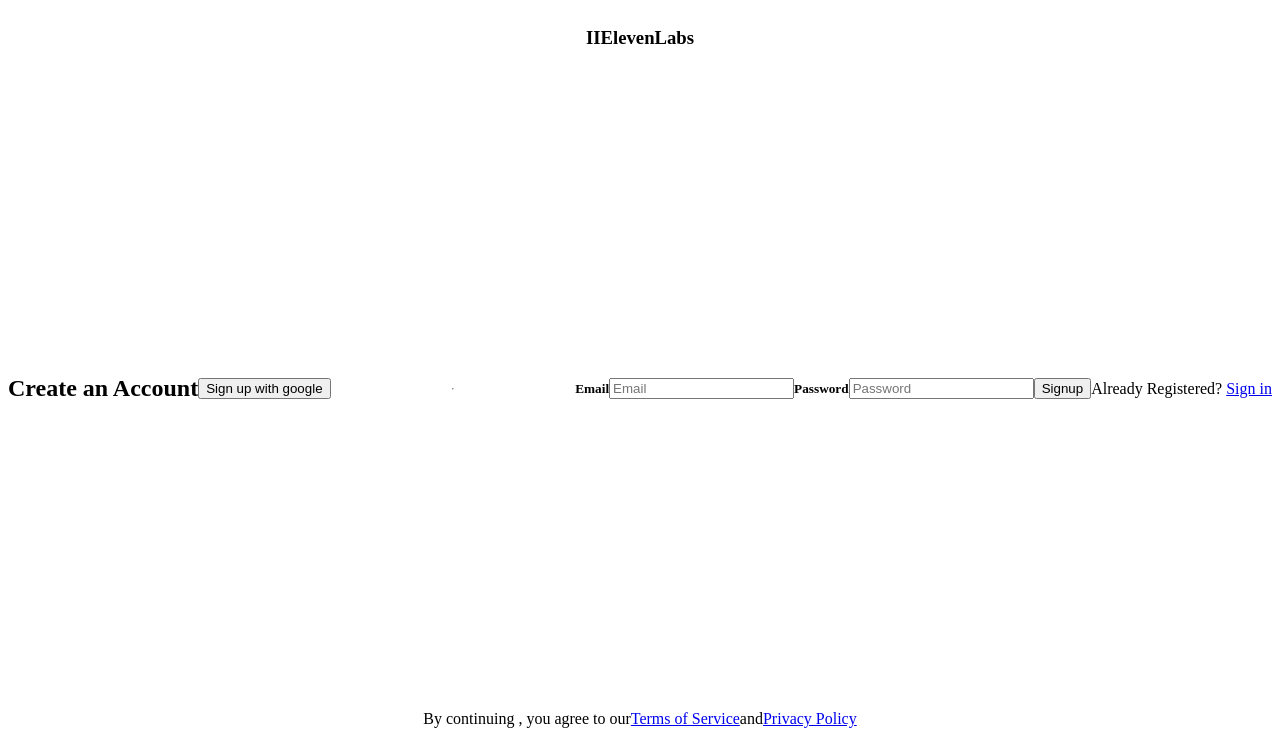
Repository: RohanSai22/harkirat-cohort-learnings
Page: Web/w1_a.html
An editor plug-in stored every save of this project. The page is shown before and after the next save, followed by the edit.
The browser window is 1280 px wide. The pictures show the whole page.

Above is the page before, as saved 2026-03-24 10:11:42.

After the next save:
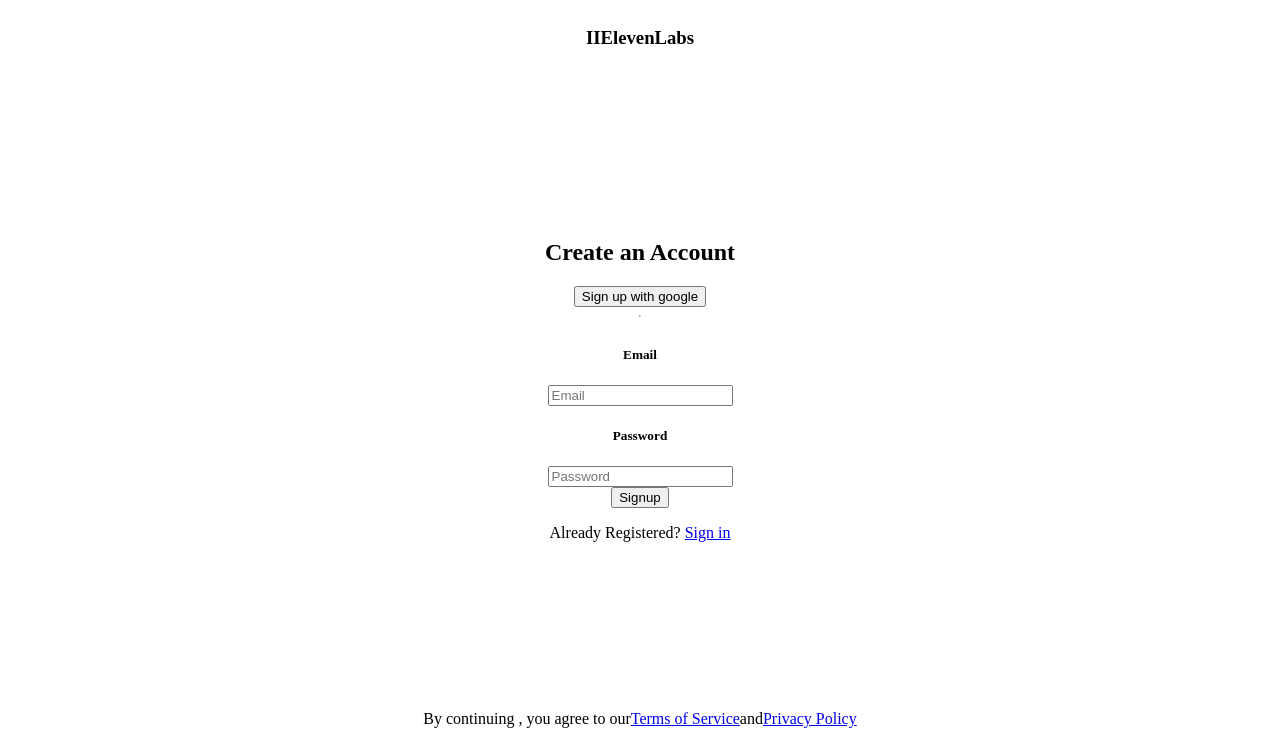
Saved 16 s later.
--- a/Web/w1_a.html
+++ b/Web/w1_a.html
@@ -7,7 +7,7 @@
             <div style="display:flex; justify-content: center;">
                 <h3>IIElevenLabs</h3>
             </div>
-            <div style="display: flex; justify-content: center; align-items: center; ">
+            <div style="display: flex; justify-content: center; align-items: center; flex-direction: column; ">
                 <h2>Create an Account</h2>
                 <button onclick="window.location.href='https://www.gmail.com'">Sign up with google</button>
                 <hr>
